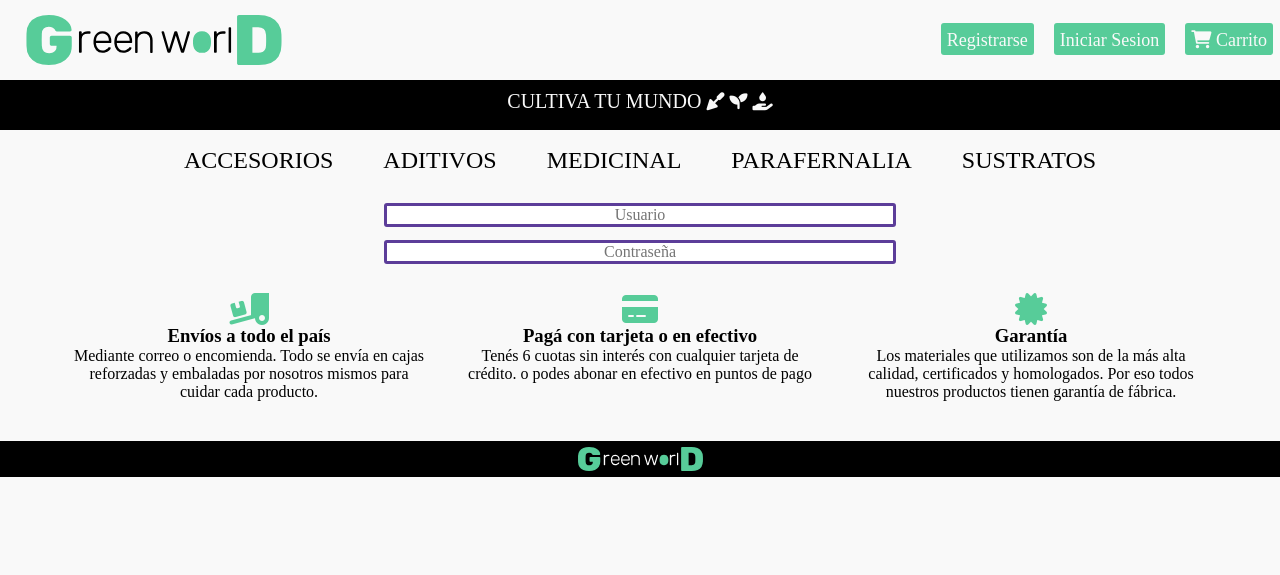
Repository: francoG98/grupo_9_Green_World
Page: source/views/login.html
These files come from the project's save history. The page is drawn as it stood at one moment and after the next save; the edit follows.
The browser window is 1280 px wide. The pictures show the whole page.
Some web fonts or font styles are not loaded; a fallback is used. Some web libraries are served in a nearby version.

Above is the page before, as saved 2022-06-24 20:32:24.

After the next save:
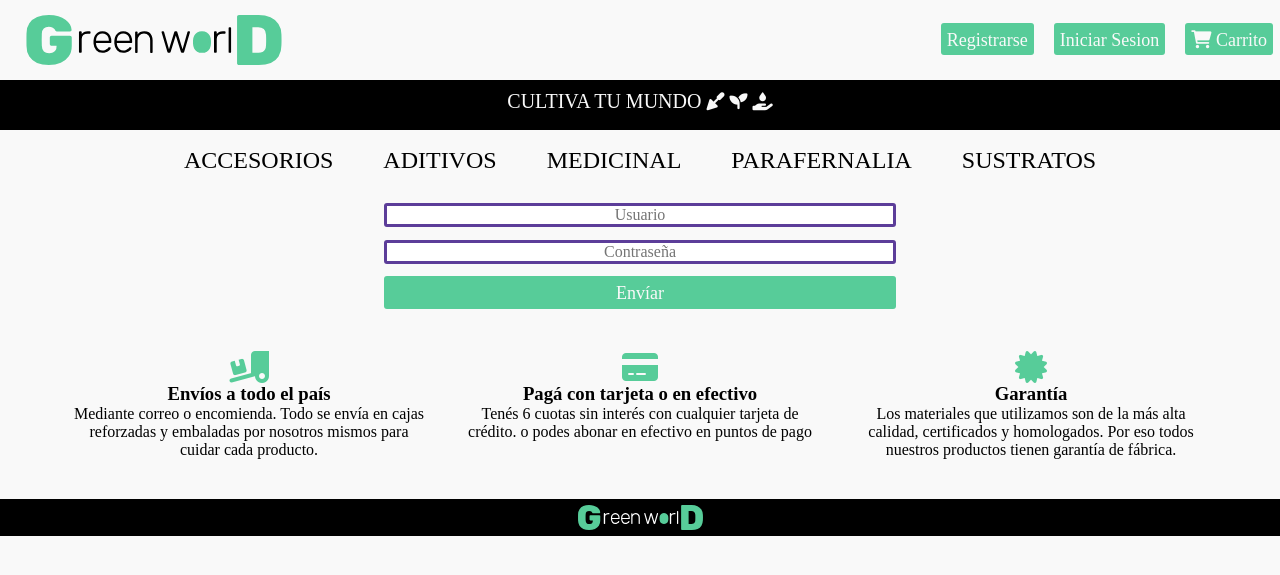
Saved 21 s later.
--- a/source/views/login.html
+++ b/source/views/login.html
@@ -59,6 +59,7 @@
             <p>
                 <input type='password' name='password' placeholder='Contraseña' required>
             </p>
+            <a href="./home.html"><button type="submit" name="registrar"> Envíar </button></a>
            </form>
     </main>
     <footer>
